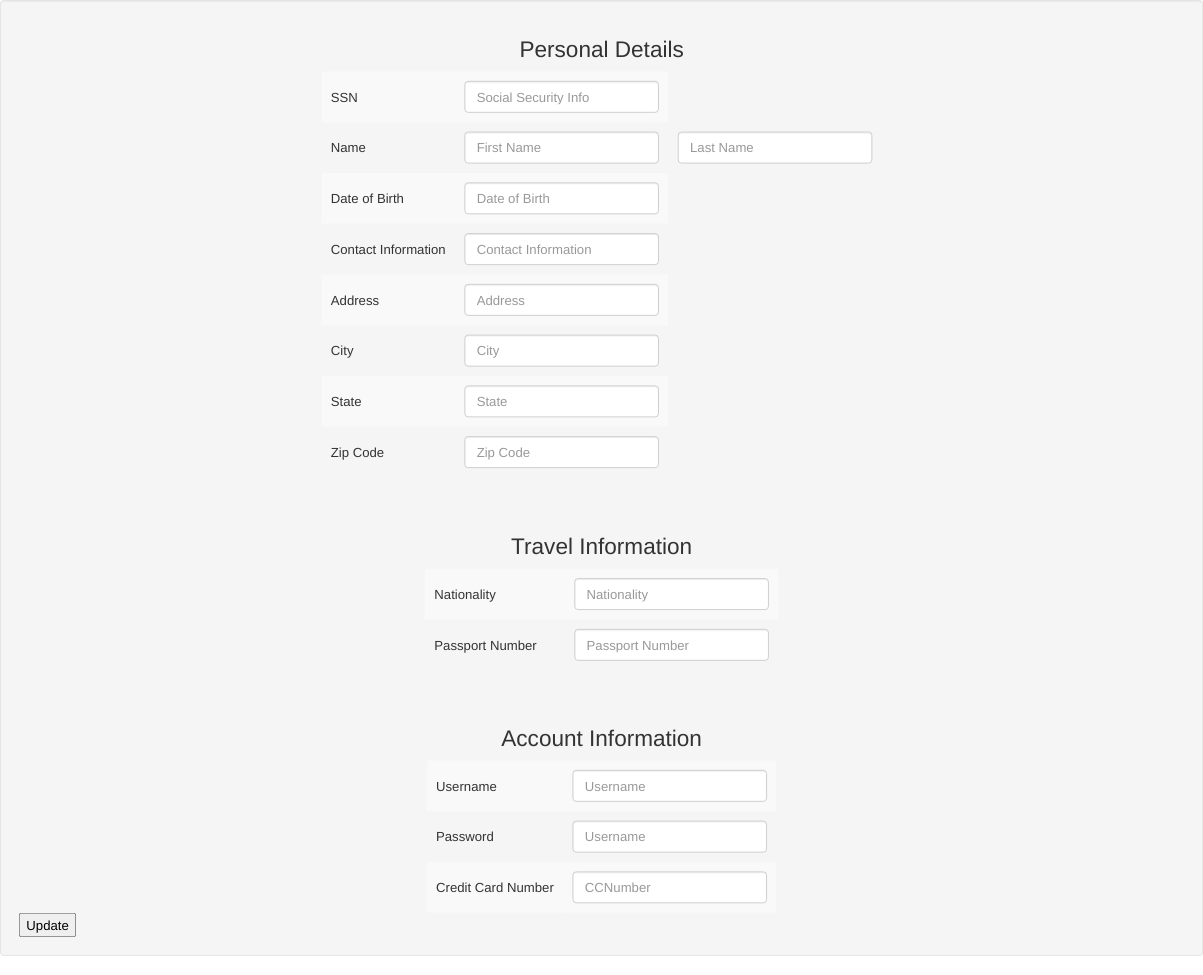
Repository: harshadrane89/CMPE273-WebService-AirlineManagement
Page: http://localhost/AirlineManagementSystemClient/TwitterGUI/ModifyCustomer.jsp
These files come from the project's save history. The page is drawn as it stood at one moment and after the next save; the edit follows.
The browser window is 1280 px wide. The pictures show the whole page, at 94% of full size.
The page is served by Tomcat 9.

Above is the page before, as saved 2013-12-06 16:49:34.

After the next save:
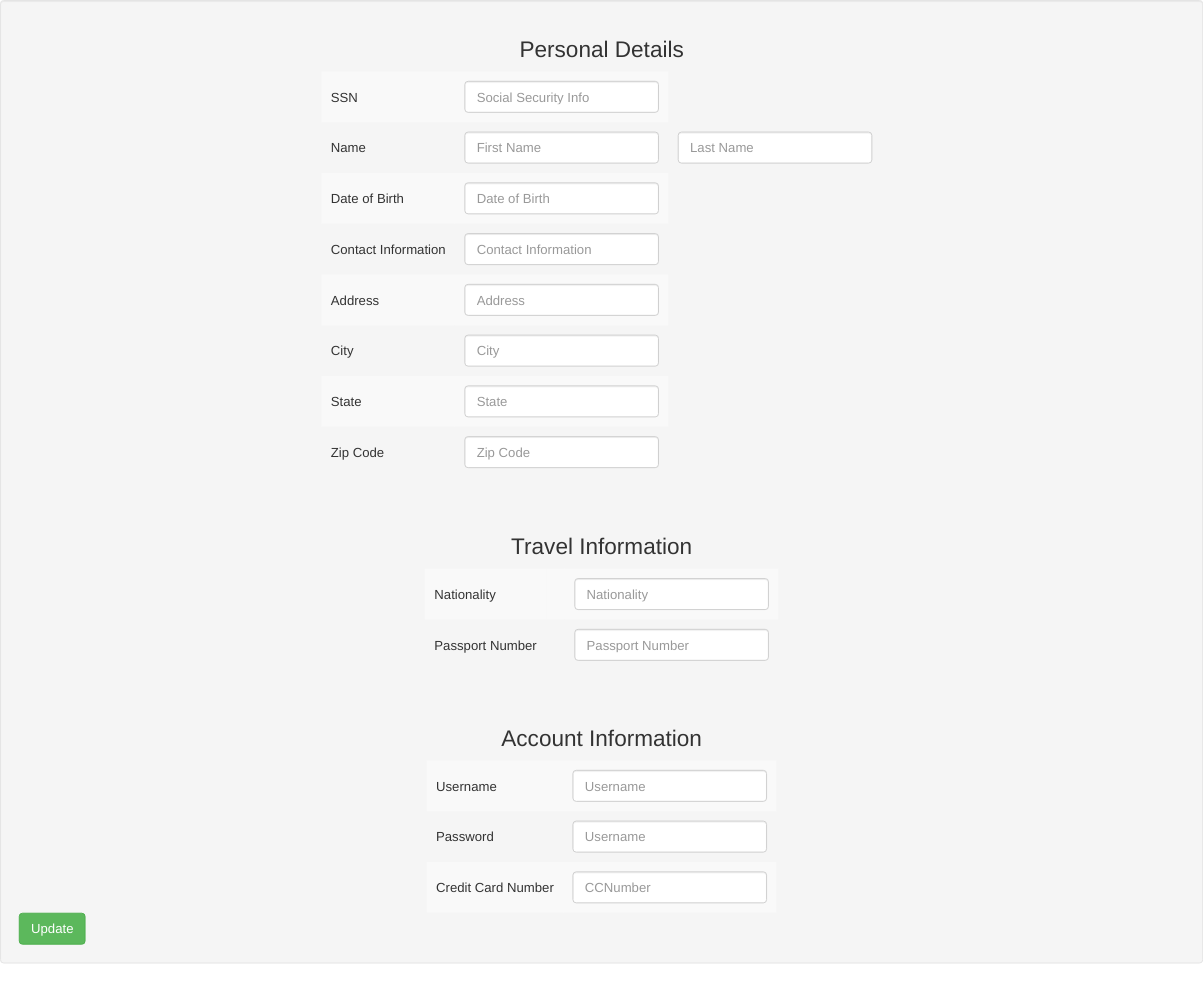
Saved 14 s later.
--- a/273_Project_Tomcat/AirlineManagementSystemClient/WebContent/TwitterGUI/ModifyCustomer.jsp
+++ b/273_Project_Tomcat/AirlineManagementSystemClient/WebContent/TwitterGUI/ModifyCustomer.jsp
@@ -137,7 +137,7 @@
 				</tr>
 			</table>
 		</center>
-		<input type="submit" value="Update">
+		<input type="submit" value="Update" class="btn btn-success">
 	</form>
 </body>
 
